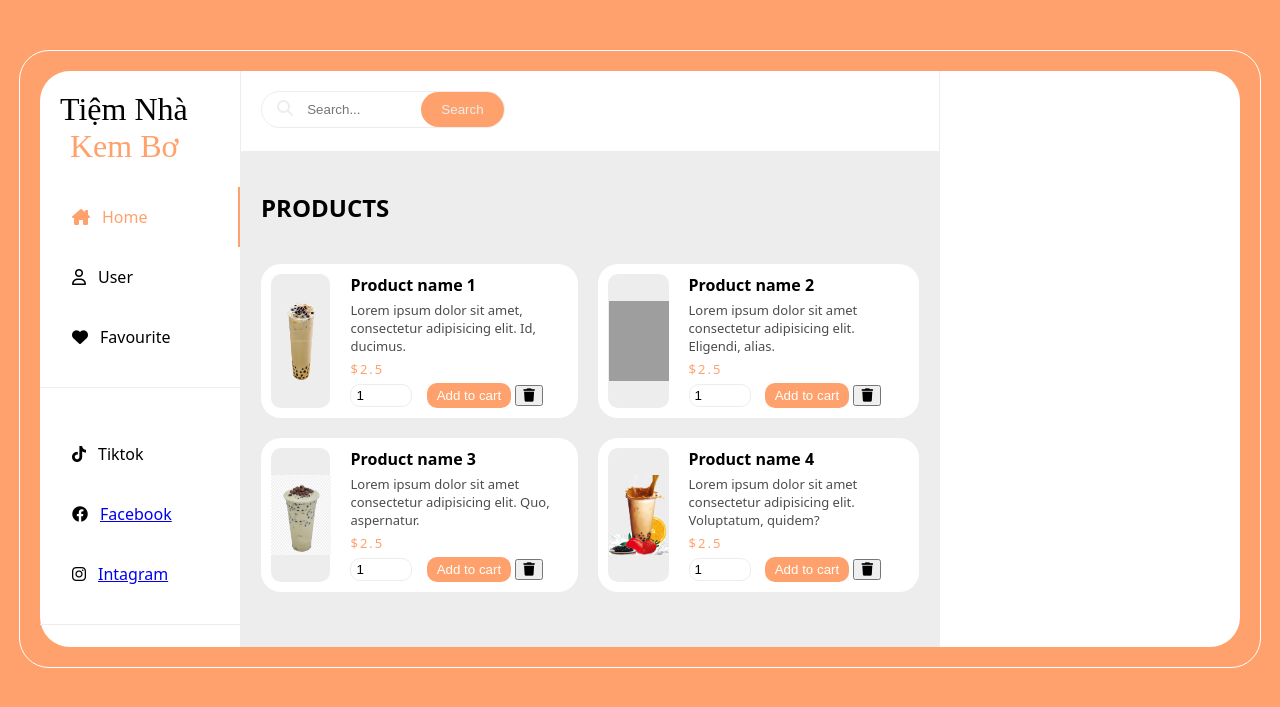
Repository: hnguyeng/tiemnhabo
Page: index.html
An editor plug-in stored every save of this project. The page is shown before and after the next save, followed by the edit.
The browser window is 1280 px wide. The pictures show the whole page.
Pictures or frames that could not be fetched are drawn as grey boxes.

Above is the page before, as saved 2022-12-13 16:29:10.

### index.html
<!DOCTYPE html>
<html lang="en">
<head>
    <meta charset="UTF-8">
    <meta http-equiv="X-UA-Compatible" content="IE=edge">
    <meta name="viewport" content="width=device-width, initial-scale=1.0">
    <title>Document</title>
    <link rel="stylesheet" href="./style.css">
    <link rel="stylesheet" href="https://cdnjs.cloudflare.com/ajax/libs/font-awesome/6.2.1/css/all.min.css">
</head>
<body>
    <div class="container">
        <div class="menu">
            <div class="logo">
                Tiệm Nhà <span>Kem Bơ</span>
            </div>
            <ul>
                <li class="active"><i class="fa-solid fa-house-chimney"></i>Home</li>
                <li><i class="fa-regular fa-user"></i>User</li>
                <li><i class="fa-solid fa-heart"></i>Favourite</li>
            </ul>
            <ul>
                <li><i class="fa-brands fa-tiktok"></i>Tiktok</li>
                <li><i class="fa-brands fa-facebook"></i><a href="https://www.facebook.com/Hin229/">Facebook</a> </li>
                <li><i class="fa-brands fa-instagram"></i><a href="https://www.instagram.com/n.q.h.2209/">Intagram</a></li>
            </ul>
        </div>
        <div class="center">
            <div class="search">
                <div class="form">
                    <i class="fa-solid fa-magnifying-glass"></i>
                    <input type="text" placeholder="Search...">
                    <button>Search</button>
                </div>
            </div>
            <h2>PRODUCTS</h2>
            <div class="list">
                <div class="item" data-key="1">
                    <div class="img">
                        <img src="./img/freepng1191-tra-sua-nuoc-giai-khat-do-uong-png-hinh-tach-nen-14.png" alt="">
                    </div>
                    <div class="content">
                        <div class="title">Product name 1</div>
                        <div class="des">
                           Lorem ipsum dolor sit amet, consectetur adipisicing elit. Id, ducimus.
                        </div>
                        <div class="price">$2.5</div>
                        <input type="number" class="count" min="1" value="1">
                        <button class="add">Add to cart</button>
                        <button class="remove"><i class="fa-solid fa-trash"></i></button>
                    </div>
                </div>
                <div class="item" data-key="2">
                    <div class="img">
                        <img src="./img/freepng1205-tra-sua-nuoc-giai-khat-do-uong-png-hinh-tach-nen-28.png" alt="">
                    </div>
                    <div class="content">
                        <div class="title">Product name 2</div>
                        <div class="des">
                            Lorem ipsum dolor sit amet consectetur adipisicing elit. Eligendi, alias.
                        </div>
                        <div class="price">$2.5</div>
                        <input type="number" class="count" min="1" value="1">
                        <button class="add">Add to cart</button>
                        <button class="remove"><i class="fa-solid fa-trash"></i></button>
                    </div>
                </div>
                <div class="item" data-key="3">
                    <div class="img">
                        <img src="./img/kisspng-milkshake-milk-tea-red-bean-milk-tea-picture-material-5a96606943e004.536732111519804521278.jpg" alt="">
                    </div>
                    <div class="content">
                        <div class="title">Product name 3</div>
                        <div class="des">
                            Lorem ipsum dolor sit amet consectetur adipisicing elit. Quo, aspernatur.
                        </div>
                        <div class="price">$2.5</div>
                        <input type="number" class="count" min="1" value="1">
                        <button class="add">Add to cart</button>
                        <button class="remove"><i class="fa-solid fa-trash"></i></button>
                    </div>
                </div>
                <div class="item" data-key="4">
                    <div class="img">
                        <img src="./img/taifree1436-ly-tra-sua-huong-dau.png" alt="">
                    </div>
                    <div class="content">
                        <div class="title">Product name 4</div>
                        <div class="des">
                            Lorem ipsum dolor sit amet consectetur adipisicing elit. Voluptatum, quidem?
                        </div>
                        <div class="price">$2.5</div>
                        <input type="number" class="count" min="1" value="1">
                        <button class="add">Add to cart</button>
                        <button class="remove"><i class="fa-solid fa-trash"></i></button>
                    </div>
                </div>
            </div>
        </div>
        <div class="cart"></div>
    </div>
</body>
</html>

### style.css
 @import url('https://fonts.googleapis.com/css2?family=Roboto&display=swap');
 :root{
    --white: #fff;
    --light: #eeeded;
    --orange: #FFA16C;
 }
 body {
    background-color: var(--orange);
    font-family: system-ui;
    overflow: hidden;
 }
 .container{
    width: 1200px;
    border: 1px solid var(--white);
    max-width: 100%;
    margin: 50px auto 0;
    display: grid;
    grid-template-columns: 200px auto 300px;
    padding: 20px;
    border-radius: 30px;
    min-height: 80vh;
 }
 .container .menu{
    background-color: var(--white);
    border-top-left-radius: 30px;
    border-bottom-left-radius: 30px;
 }
 .container .cart{
    background-color: var(--white);
    border-top-right-radius: 30px;
    border-bottom-right-radius: 30px;
 }
 .container .center{
    background-color: var(--light);
    border-left: 1px solid var(--light);
    border-right: 1px solid var(--light);
 }
 /* menu */
 .menu .logo{
    padding: 20px 0 20px 20px ;
    font-family: 'lobster', cursive;
    font-size: xx-large;
    height: 40px;
 }
 .menu .logo span{
   color: var(--orange);
   margin-left: 10px;
 }
 .menu ul{
   padding: 20px 0 20px 20px;
   list-style:  none;
   border-bottom: 1px solid var(--light);
 }
 .menu ul li{
   padding: 10px 0;
 }
 .menu ul li i{
   margin: 12px;
 }
 .menu ul li.active{
   color: var(--orange);
   border-right: 2px solid var(--orange);
 }
 .menu ul li:hover{
   color: var(--orange);
   border-right: 2px solid var(--orange);
 }
 /* end menu */
 /* center */
 /* form */
 .center .search{
   background-color: var(--white);
   padding: 20px;
   height: 40px;
 }
 .center .search .form{
   width: max-content;
   border: 1px solid var(--light);
   border-radius: 20px;
   padding-left: 15px;
   color: var(--light);
 }
 .center .search .form input{
   border: none;
   padding: 0 10px;
   outline: none;
   width: 100px;
 }
 .center .search .form button{
   border: none;
   background-color: var(--orange);
   color: var(--light);
   padding: 10px 20px;
   border-radius: 20px;
 }
 /* end form */
 .item .img img{
   width: 60px;
   height: 80px;
 }
 .item .img{
  border-radius: 10px;
   background-color: var(--light);
   display: flex;
   justify-content: center;
   align-items: center;
 }
.center h2{
   padding: 20px;
}
.center .list{
   padding: 0 20px 20px;
   display: grid;
   grid-template-columns: auto auto;
   column-gap: 20px;
   row-gap: 20px;
}
.item{
   background-color: var(--white);
   display: grid;
   grid-template-columns: 20% auto;
   padding: 10px;
   column-gap: 20px;
   border-radius: 20px;
}
.item .content .title{
   font-weight: bold;
}
.item .content .des{
   font-size: small;
   opacity: 0.7;
   margin-top: 5px;
}
.item .content .price{
   color: var(--orange);
   letter-spacing: 2px;
   font-weight: 500;
   font-size: small;
   margin-top: 5px;
}
.item .count{
   width: 50px;
   border-radius: 10px;
   margin-right: 10px;
   padding: 3px 5px;
   border: 1px solid var(--light);
   outline: none;
}
.item .content .add{
   background-color: var(--orange);
   margin-top: 5px;
   color: var(--white);
   padding: 5px 10px;
   border: none;
   border-radius: 10px;
}

 /* end center */

After the next save:
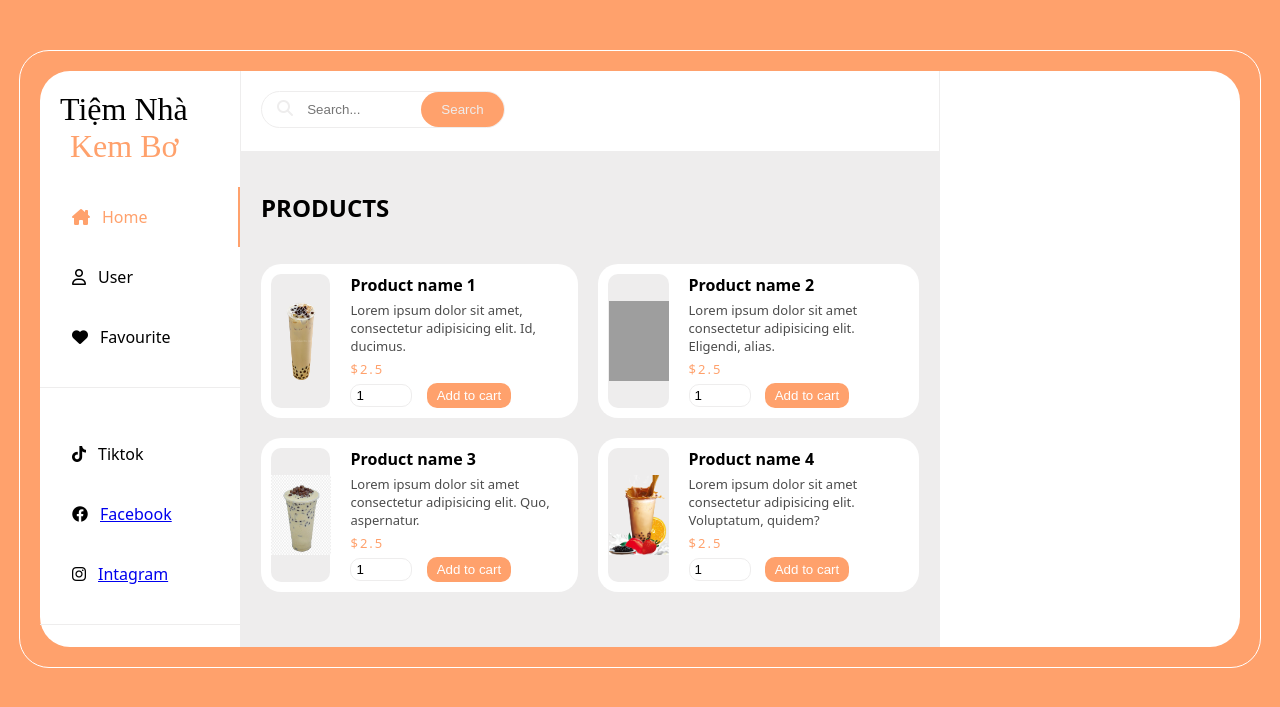
Saved 99 s later.
--- a/style.css
+++ b/style.css
@@ -154,5 +154,11 @@
    border: none;
    border-radius: 10px;
 }
-
+.item .content .remove{
+   display: none;
+   padding: 5px;
+   border: none;
+   border-radius: 10px;
+   margin-top: 5px;
+}
  /* end center */
